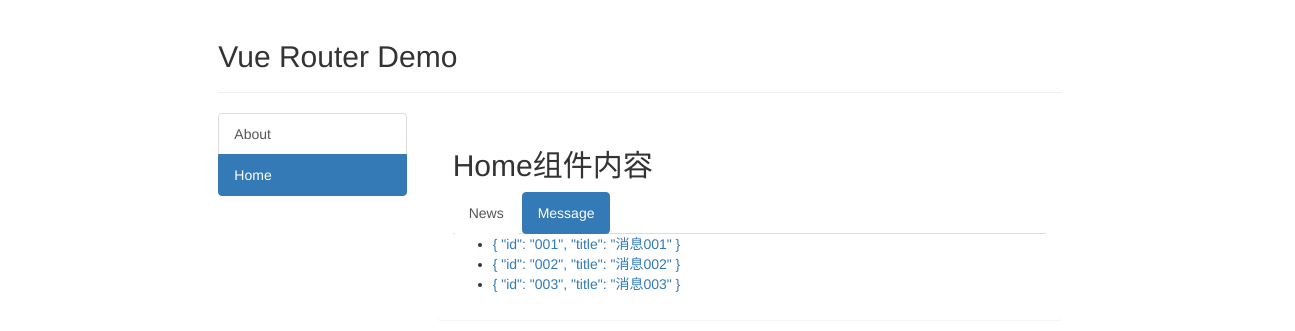
Repository: Crow7277/Vue2-
Page: /#/home/message
An editor plug-in stored every save of this project. The page is shown before and after the next save, followed by the edit.
The browser window is 1280 px wide. The page is 1295 px wide, so the pictures cover 1295 px, including what lies to the right of the window. The pictures show the whole page.
The project was rebuilt for these pictures with package versions that can differ from the ones it lists, and the page was loaded fresh each time. Also part of the build but not shown: vue.config.js, src/pages/About.vue, src/pages/News.vue.

Above is the page before, as saved 2022-04-09 18:11:38.

### public/index.html
<!DOCTYPE html>
<html lang="">
    <head>
        <meta charset="utf-8" />
        <!-- 针对IE浏览器，让IE浏览器以最高的渲染级别渲染页面 -->
        <meta http-equiv="X-UA-Compatible" content="IE=edge" />
        <!-- 开启移动端的理想视口 -->
        <meta name="viewport" content="width=device-width,initial-scale=1.0" />
        <!-- 页签图标 -->
        <!-- <%= BASE_URL %>表示public文件夹所在路径 -->
        <link rel="icon" href="<%= BASE_URL %>favicon.ico" />
        <link rel="stylesheet" href="<%= BASE_URL %>css/bootstrap.css" />
        <title><%= htmlWebpackPlugin.options.title %></title>
    </head>

    <body>
        <!-- 当浏览器不支持js时，浏览器就会显示noscript中的内容 -->
        <noscript>
            <strong>
                We're sorry but <%= htmlWebpackPlugin.options.title %> doesn't work properly without
                JavaScript enabled. Please enable it to continue.
            </strong>
        </noscript>
        <!-- 容器 -->
        <div id="app"></div>
        <!-- built files will be auto injected -->
    </body>
</html>

### src/main.js
// 引入Vue
import Vue from 'vue';
// 引入App
import App from './App.vue';
// // 引入路由
// import VueRouter from 'vue-router';
// 引入路由器
import router from './router';
// 关闭生产环境提示
Vue.config.productionTip = false;

// 应用插件
// Vue.use(VueRouter);

// 创建Vue
new Vue({
    el: '#app',
    render: h => h(App),
    router,
});

### src/App.vue
<template>
    <div>
        <div class="row">
            <Banner />
        </div>
        <div class="row">
            <div class="col-xs-2 col-xs-offset-2">
                <div class="list-group">
                    <!-- 原始HTML中使用a标签实现页面的跳转 -->
                    <!-- <a class="list-group-item active" href="./about.html">About</a> -->
                    <!-- <a class="list-group-item" href="./home.html">Home</a> -->

                    <!-- Vue中借助router-link实现路由的切换 -->
                    <router-link class="list-group-item" active-class="active" to="/about">
                        About
                    </router-link>
                    <router-link class="list-group-item" active-class="active" to="/home">
                        Home
                    </router-link>
                </div>
            </div>
            <div class="col-xs-6">
                <div class="panel">
                    <div class="panel-body">
                        <!-- 指定组件的呈现位置 -->
                        <router-view></router-view>
                    </div>
                </div>
            </div>
        </div>
    </div>
</template>

<script>
import Banner from './components/Banner.vue';
export default {
    name: 'App',
    components: { Banner },
};
</script>
<style></style>

### src/router/index.js
// 该文件用于创建整个应用的路由器
import VueRouter from 'vue-router';
// 引入组件
import About from '../pages/About.vue';
import Home from '../pages/Home.vue';
import News from '../pages/News.vue';
import Message from '../pages/Message.vue';

import Vue from 'vue';
Vue.use(VueRouter);

// 创建并暴露一个路由器
export default new VueRouter({
    routes: [
        {
            path: '/about',
            component: About,
        },
        {
            path: '/home',
            component: Home,
            children: [
                {
                    path: 'news',
                    component: News,
                },
                {
                    path: 'message',
                    component: Message,
                },
            ],
        },
    ],
});

### src/components/Banner.vue
<template>
    <div class="col-xs-offset-2 col-xs-8">
        <div class="page-header"><h2>Vue Router Demo</h2></div>
    </div>
</template>

<script>
export default {};
</script>

<style></style>

### src/pages/Home.vue
<template>
    <div>
        <h2>Home组件内容</h2>
        <div>
            <ul class="nav nav-tabs">
                <li>
                    <router-link class="list-group-item" active-class="active" to="/home/news">
                        News
                    </router-link>
                </li>
                <li>
                    <router-link class="list-group-item" active-class="active" to="/home/message">
                        Message
                    </router-link>
                </li>
            </ul>
            <router-view></router-view>
        </div>
    </div>
</template>

<script>
export default {
    name: 'Home',
};
</script>

<style></style>

### src/pages/Message.vue
<template>
    <div>
        <ul>
            <li v-for="m in messageList" :key="m.id">
                <a href="/message1">{{ m }}</a>
                &nbsp;&nbsp;
            </li>
        </ul>
    </div>
</template>

<script>
export default {
    name: 'Message',
    data() {
        return {
            messageList: [
                { id: '001', title: '消息001' },
                { id: '002', title: '消息002' },
                { id: '003', title: '消息003' },
            ],
        };
    },
};
</script>

<style></style>

Loaded but not shown: public/css/bootstrap.css (library)

After the next save:
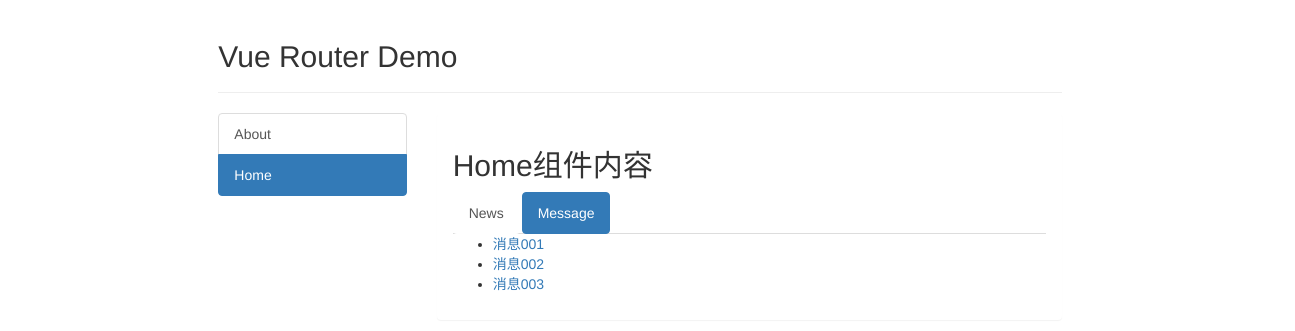
Saved 6 s later.
--- a/src/pages/Message.vue
+++ b/src/pages/Message.vue
@@ -2,7 +2,7 @@
     <div>
         <ul>
             <li v-for="m in messageList" :key="m.id">
-                <a href="/message1">{{ m }}</a>
+                <a href="/message1">{{ m.title }}</a>
                 &nbsp;&nbsp;
             </li>
         </ul>
